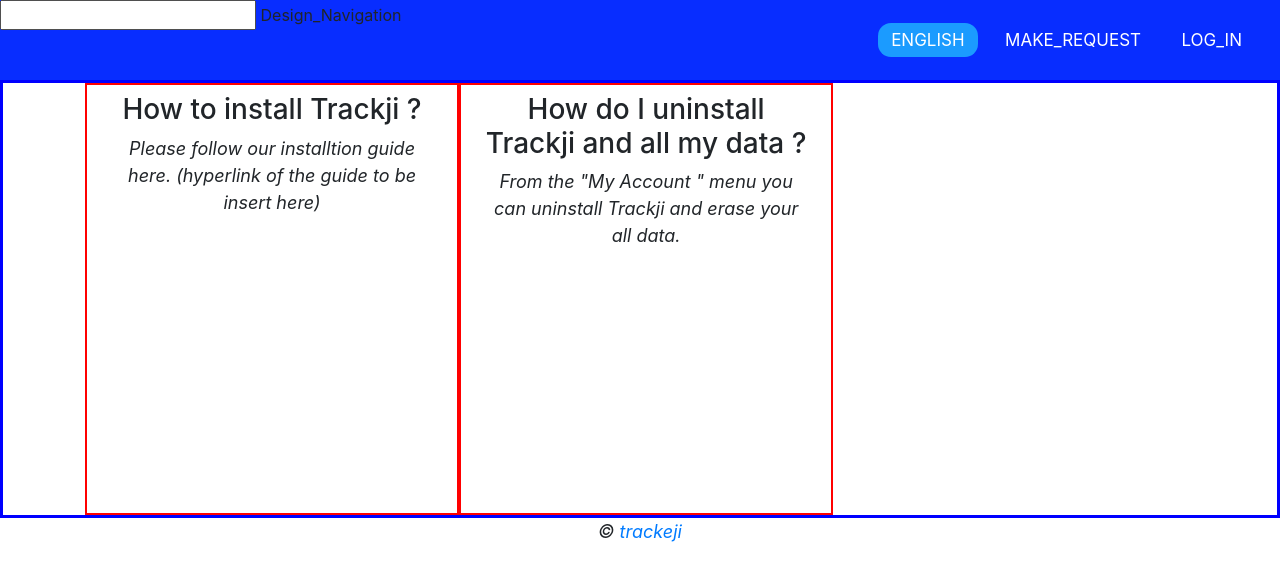
Repository: prathmeshgodbole/Web_Development
Page: Mobile_tracker/Installation.html
These files come from the project's save history. The page is drawn as it stood at one moment and after the next save; the edit follows.
The browser window is 1280 px wide. The pictures show the whole page.
Some web libraries are served in a nearby version.

Above is the page before, as saved 2020-03-08 11:56:32.

### Mobile_tracker/Installation.html
<!DOCTYPE html>
<html lang="en">

<head>
    <meta charset="utf-8">
    <meta name="viewport" content="width=device-width, initial-scale=1, shrink-to-fit=no">
    <meta http-equiv="X-UA-compatible" ,content="ie=edge">
    <link rel="stylesheet" href="./css/installation.css">
    <script src="https://kit.fontawesome.com/a076d05399.js"></script>
    <link rel="stylesheet" href="https://stackpath.bootstrapcdn.com/bootstrap/4.3.1/css/bootstrap.min.css " integrity="sha384-ggOyR0iXCbMQv3Xipma34MD+dH/1fQ784/j6cY/iJTQUOhcWr7x9JvoRxT2MZw1T " crossorigin="anonymous ">
</head>



<body>
    <nav>
        <input type="checkbox " id="check ">
        <label for="check " class="checkbtn ">
        <i class="fas fa-bars "></i>
    </label>
        <label class="logo ">Design_Navigation</label>
        <ul>

            <li><a class="active " href="# ">English</a></li>
            <li><a href="# ">Make_Request</a></li>
            <li><a href="# ">Log_in</a></li>

        </ul>

    </nav>


    <div class="section-3 ">
        <div class="container ">
            <div class="row ">

                <div class="col-md-6 ">

                    <h3 class="m-2 ">How to install Trackji ?</h3>
                    <p class="m-2 ">Please follow our installtion guide here. (hyperlink of the guide to be insert here)</p>

                </div>


                <div class="col-md-6 ">

                    <h3 class="m-2 "> How do I uninstall Trackji and all my data ?</h3>
                    <p class="m-2 ">From the "My Account " menu you can uninstall Trackji and erase your all data.</p>

                </div>

            </div>
        </div>
    </div>




    <footer class="footer container ">
        <div class="container-inner ">
            <p class="copyright ">&copy; <a href=" ">trackeji</a></p>
        </div>
    </footer>


</body>

</html>

### Mobile_tracker/css/installation.css
body {
    margin: 0%;
    padding: 0%;
}

.section-3 {
    border-style: solid;
    border-color: blue;
}

h3 {
    text-align: center;
    font-weight: bold;
    font-size: 20px;
}

.col-md-6 {
    border: 2px solid red;
    padding-left: 5px;
    height: 60vh;
    align-items: center;
}

p {
    text-align: center;
    font-style: oblique;
    font-size: large;
}

nav {
    background: #082dff;
    height: 80px;
    width: 100%;
}

nav ul {
    float: right;
    margin-right: 20px;
}

nav ul li {
    display: inline-block;
    line-height: 80px;
    margin: 0 5px;
}

nav ul a {
    color: white;
    font-size: 17px;
    padding: 7px 13px;
    border-radius: 13px;
    text-transform: uppercase;
}

a.active,
a:hover {
    background: #1b9bff;
    transition: .5s;
}

.checkbtn {
    font-size: 30px;
    color: white;
    float: right;
    line-height: 80px;
    margin-right: 40px;
    cursor: pointer;
    display: none;
}

#check {
    display: none;
}

@media (max-width: 950px) {
    nav ul li a {
        font-size: 16px;
    }
}

@media (max-width: 850px) {
    .checkbtn {
        display: block;
    }
    ul {
        position: fixed;
        width: 100%;
        height: 100%;
        background: #2c3e50;
        top: 80px;
        left: -100%;
        text-align: center;
        transition: all .5s;
    }
    nav ul li {
        display: block;
        margin: 50px 0;
        line-height: 30px;
    }
    nav ul li a {
        font-size: 14px;
    }
    a:hover,
    a.active {
        background: none;
        color: #0082e6;
    }
    #check:checked~ul {
        left: 0;
    }
}

After the next save:
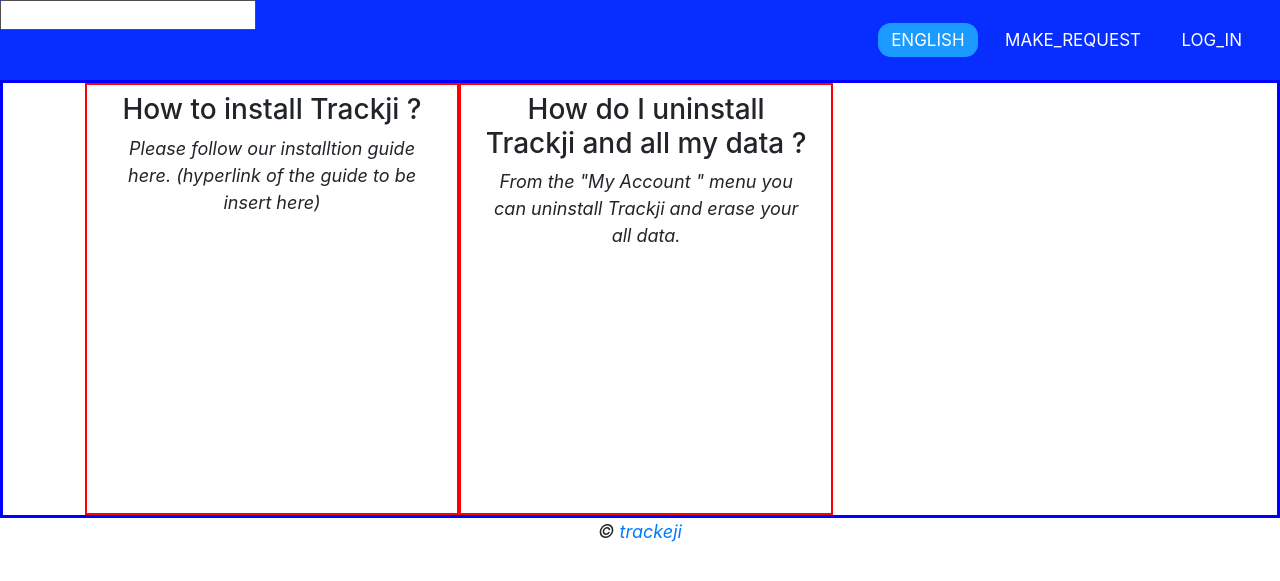
Saved 17 s later.
--- a/Mobile_tracker/Installation.html
+++ b/Mobile_tracker/Installation.html
@@ -18,7 +18,7 @@
         <label for="check " class="checkbtn ">
         <i class="fas fa-bars "></i>
     </label>
-        <label class="logo ">Design_Navigation</label>
+
         <ul>
 
             <li><a class="active " href="# ">English</a></li>
